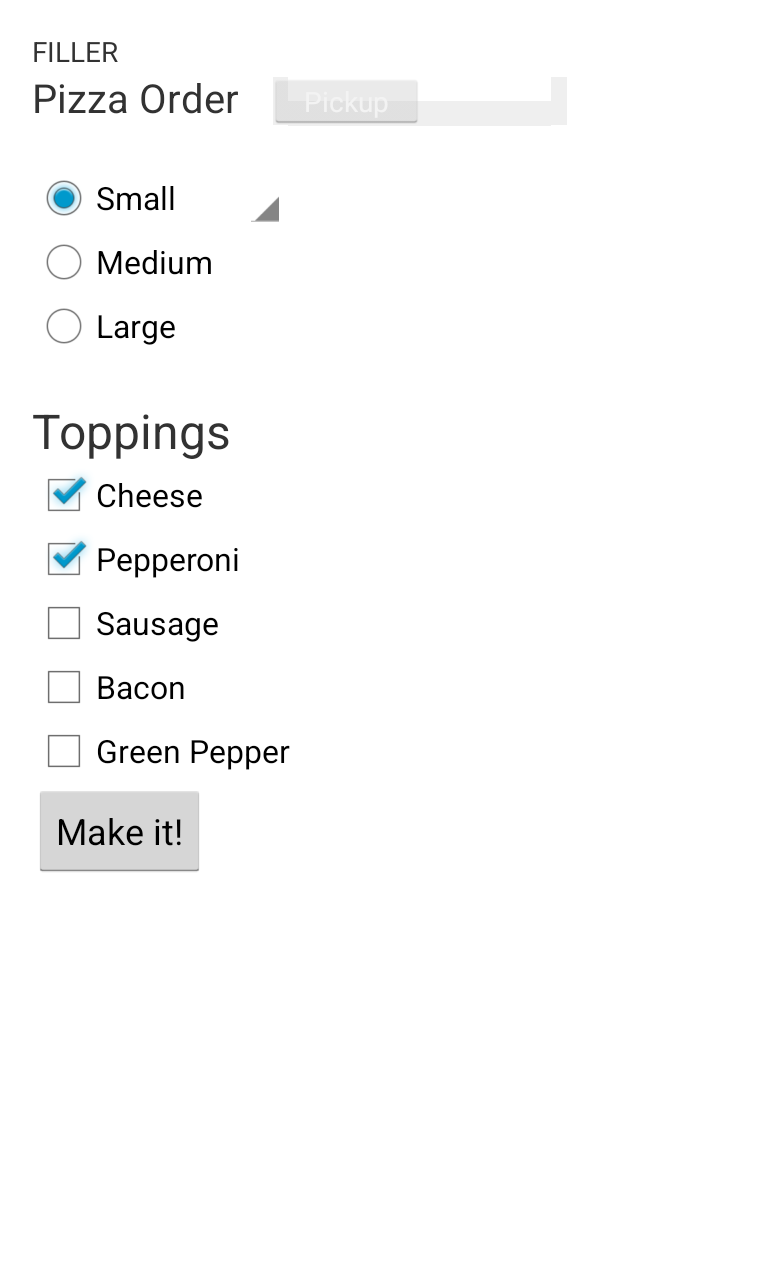
Repository: ericMedeiros93/Android-Dev
Layout: PizzaOrdering/res/layout/activity_main.xml
An editor plug-in stored every save of this project. The layout is shown before and after the next save, followed by the edit.
It is drawn on a 768 x 1280 px phone screen (xhdpi) without system bars, with theme AppTheme; the app's code is not run.

Above is the layout before, as saved 2014-09-17 16:28:42.

After the next save:
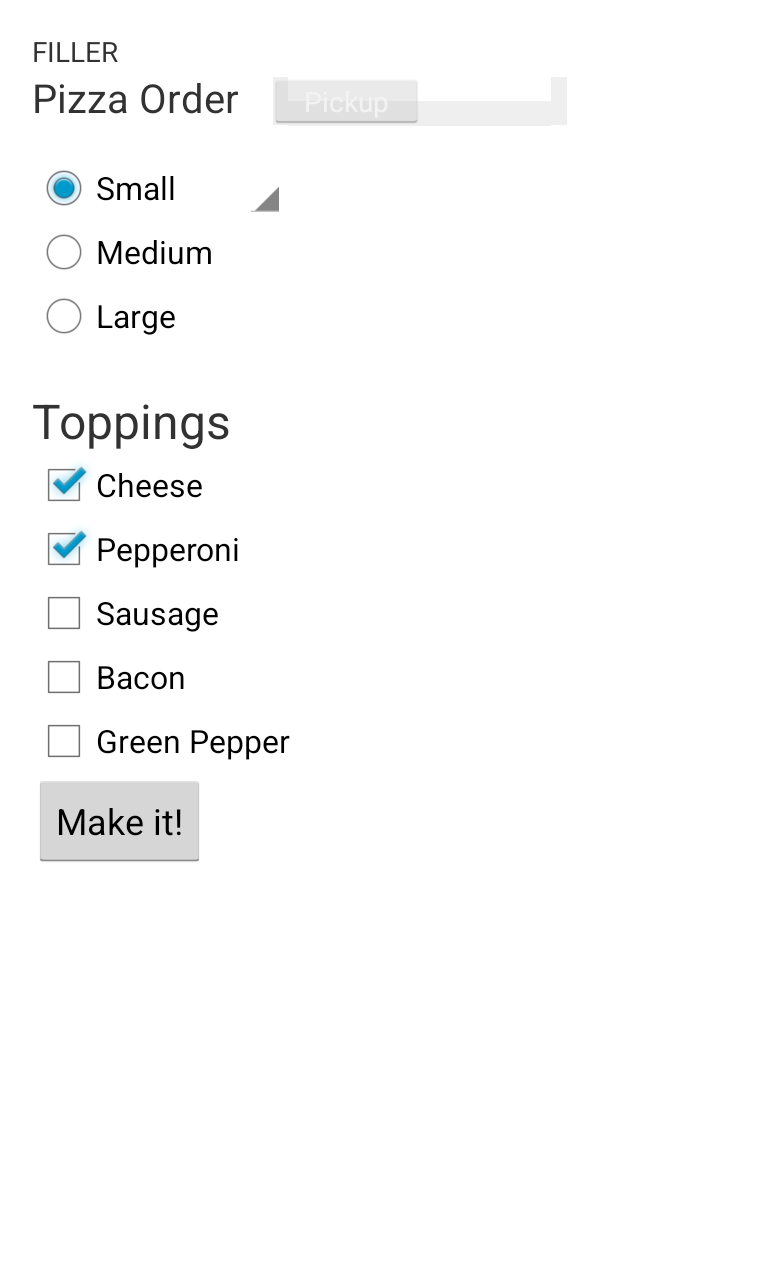
Saved 10 s later.
--- a/PizzaOrdering/res/layout/activity_main.xml
+++ b/PizzaOrdering/res/layout/activity_main.xml
@@ -38,7 +38,7 @@
     <LinearLayout
         android:layout_width="match_parent"
         android:layout_height="wrap_content"
-        android:layout_marginTop="20dp"
+        android:layout_marginTop="15dp"
         android:orientation="horizontal" >
 
         <RadioGroup
